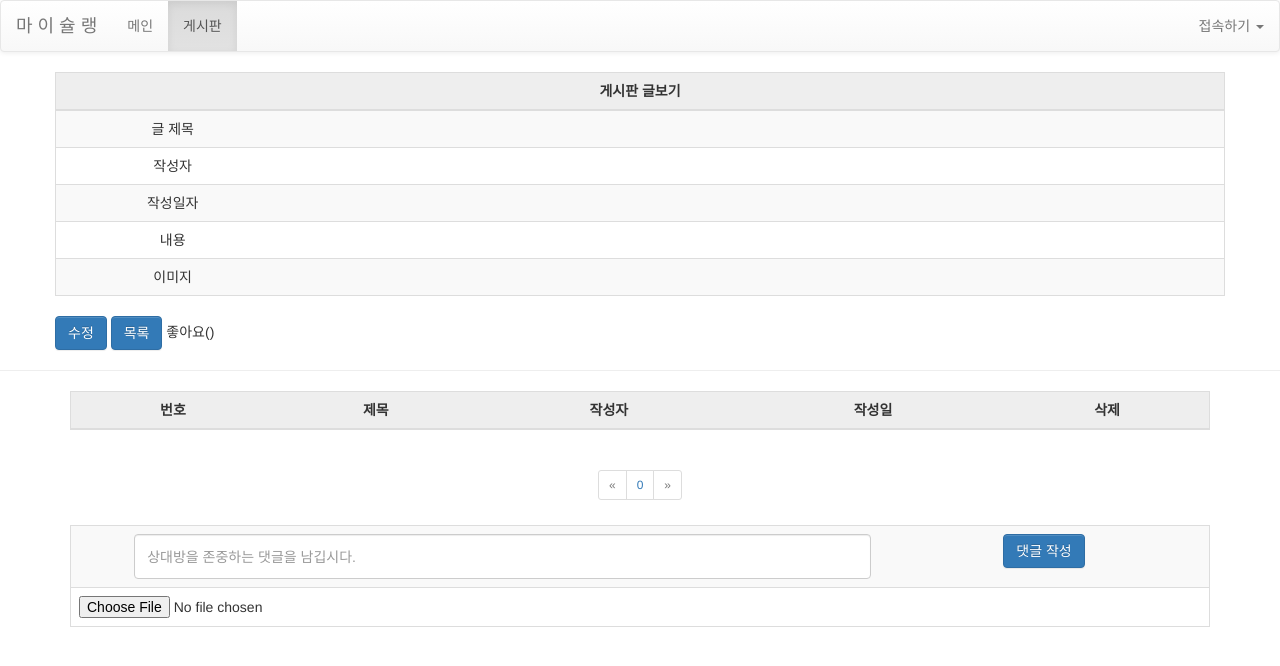
Repository: serendipity63/mychelin
Page: http://localhost/board/WEB-INF/views/detailform.jsp
The author's editor kept a copy of each file at every save. The page is drawn from the files as they stood at one save, then again after the next save.
The browser window is 1280 px wide. The pictures show the whole page.
Some web libraries are served in a nearby version. The page is served by Tomcat 9. Nobody is signed in. The template is opened directly, without the code that normally fills it, so the values that code supplies are empty.

Above is the page before, as saved 2024-01-12 02:33:04.
Console error (its wording comes from the project's code and is left out).

After the next save:
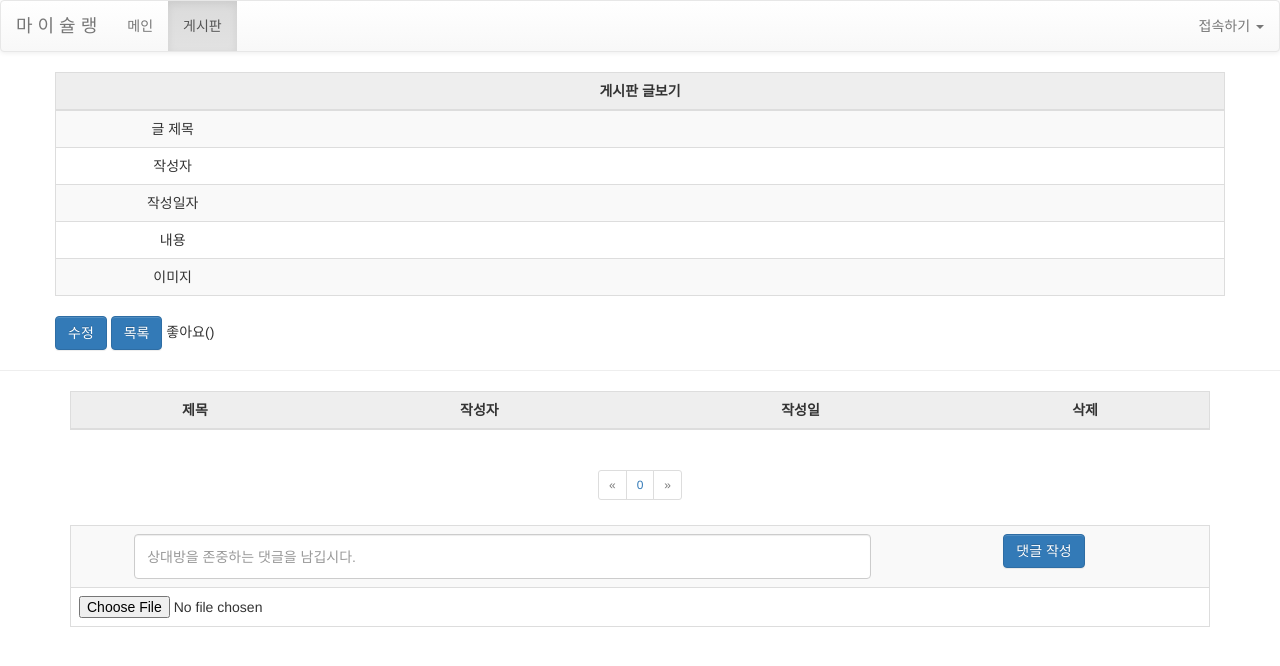
Saved 8 s later.
--- a/board/src/main/webapp/WEB-INF/views/detailform.jsp
+++ b/board/src/main/webapp/WEB-INF/views/detailform.jsp
@@ -198,7 +198,6 @@
 			style="text-align: center; border: 1px solid #dddddd">
 			<thead>
 				<tr>
-					<th style="background-color: #eeeeee; text-align: center;">번호</th>
 					<th style="background-color: #eeeeee; text-align: center;">제목</th>
 					<th style="background-color: #eeeeee; text-align: center;">작성자</th>
 					<th style="background-color: #eeeeee; text-align: center;">작성일</th>
